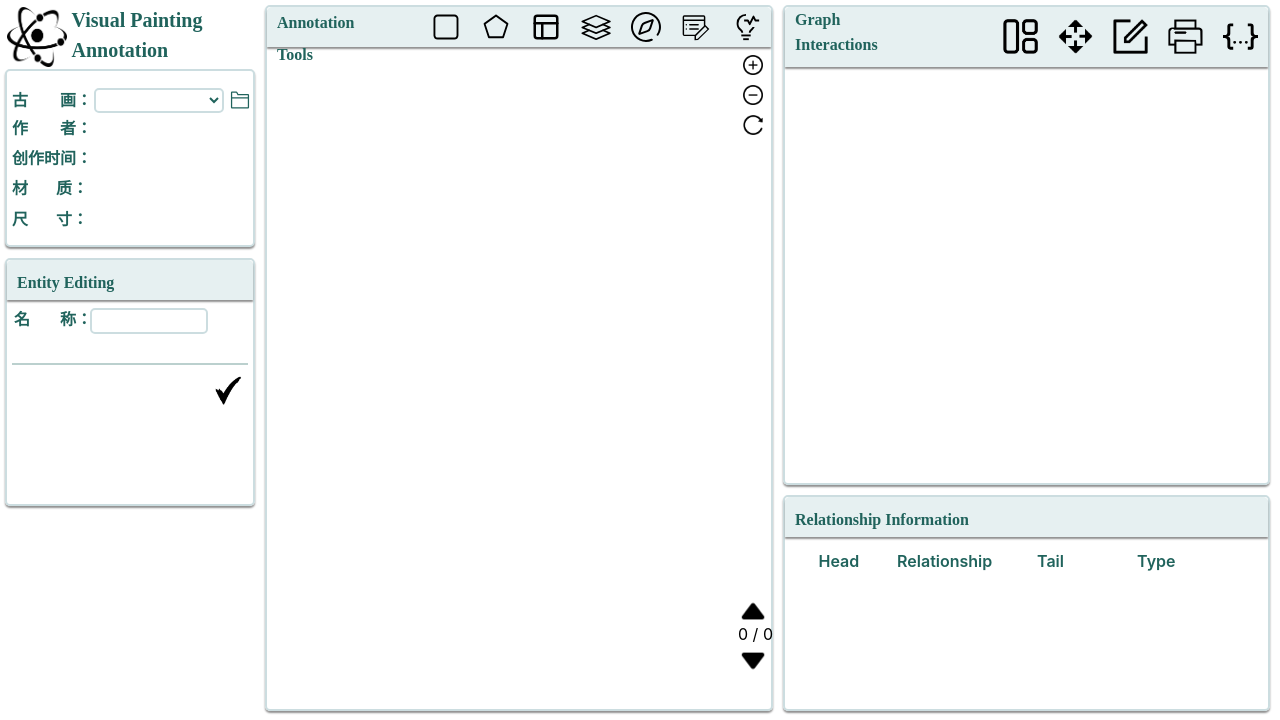
Repository: cailbh/ImageLabelTool
Page: /
The author's editor kept a copy of each file at every save. The page is drawn from the files as they stood at one save, then again after the next save.
The browser window is 1280 px wide. The pictures show the whole page.
The project was rebuilt for these pictures with package versions that can differ from the ones it lists, and the page was loaded fresh each time.

Above is the page before, as saved 2022-11-01 13:44:05.

After the next save:
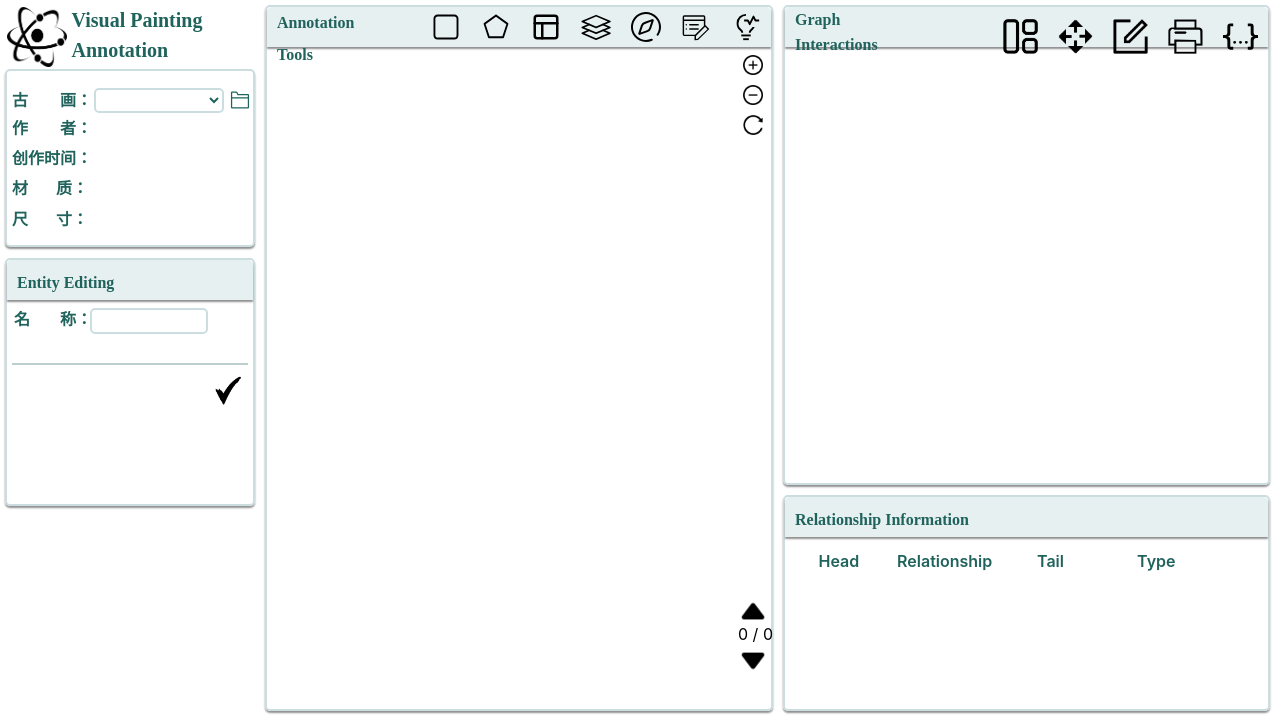
Saved 32 s later.
--- a/src/component/LabelDisplay/graph.css
+++ b/src/component/LabelDisplay/graph.css
@@ -34,7 +34,7 @@ position: relative;
 }
 .graphHead{
     width: 100%;
-    height: 60px;
+    height: 40px;
     background: rgba(0,0,0,0);
     float: left;
     position: relative;
